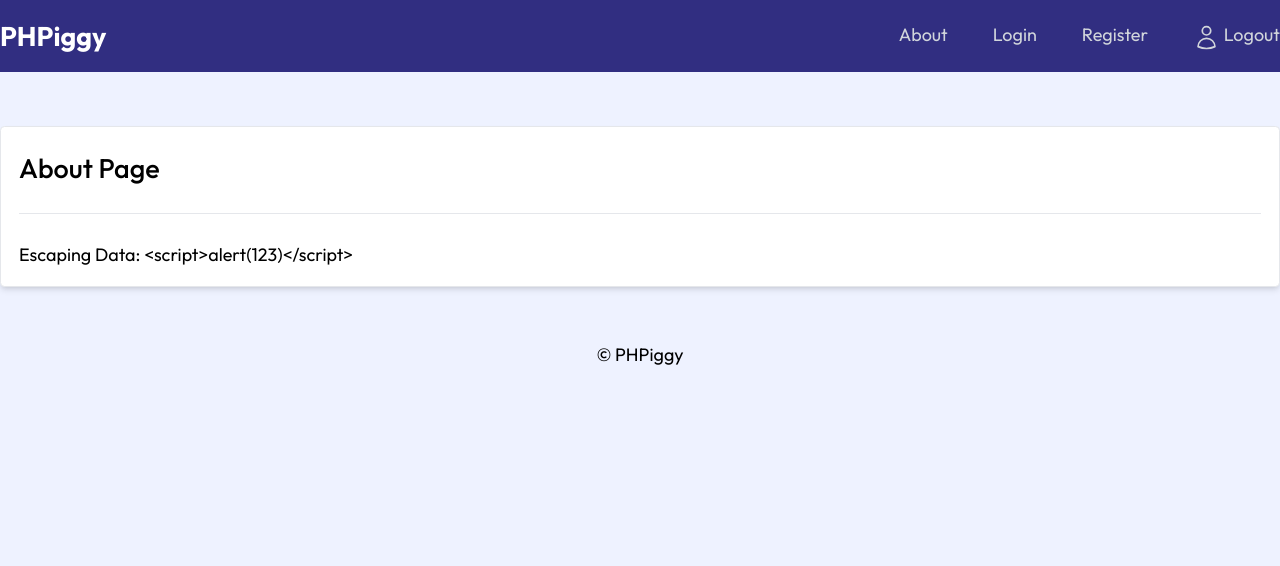
Repository: Conjet/PHPiggy
Page: http://localhost/about
These files come from the project's save history. The page is drawn as it stood at one moment and after the next save; the edit follows.
The browser window is 1280 px wide. The pictures show the whole page.
The page is run by PHP 8.4 with error messages shown; the project is at /var/www/html/.

Above is the page before, as saved 2023-08-31 01:25:46.

After the next save:
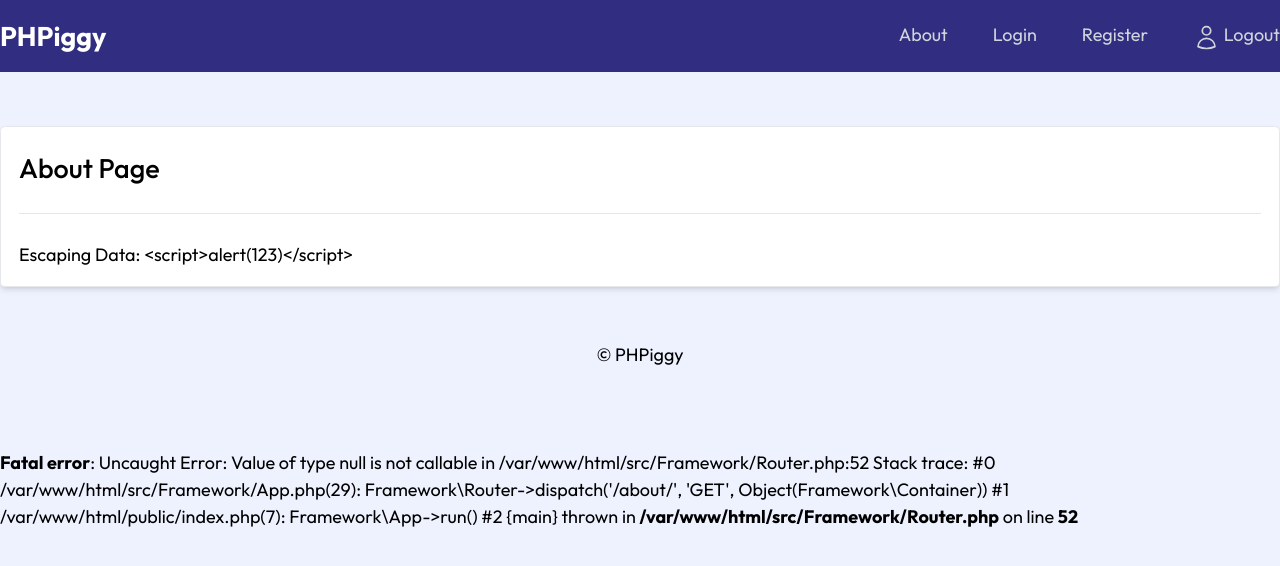
Saved 7 min 0 s later.
--- a/src/Framework/Router.php
+++ b/src/Framework/Router.php
@@ -47,7 +47,11 @@ class Router
                 $container->resolve($class) :
                 new $class;
 
-            $controllerInstance->$function();
+            $action = $controllerInstance->$function();
+
+            $action();
+
+            return;
         }
     }
 
